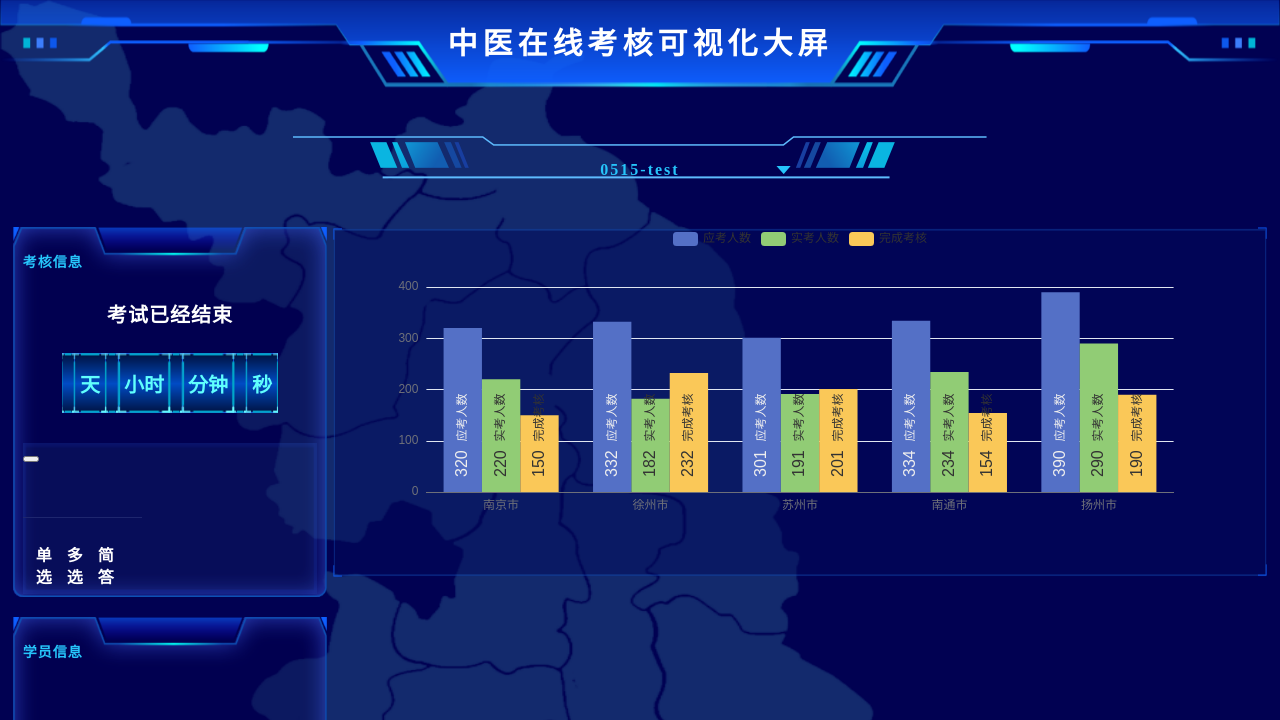
Repository: krislorem/medicine-online-datascreen-vue
Page: /
The author's editor kept a copy of each file at every save. The page is drawn from the files as they stood at one save, then again after the next save.
The browser window is 1280 px wide. The pictures show the whole page.
The project was rebuilt for these pictures with package versions that can differ from the ones it lists, and the page was loaded fresh each time. Also part of the build but not shown: vite.config.ts.

Above is the page before, as saved 2024-12-04 20:27:58.

After the next save:
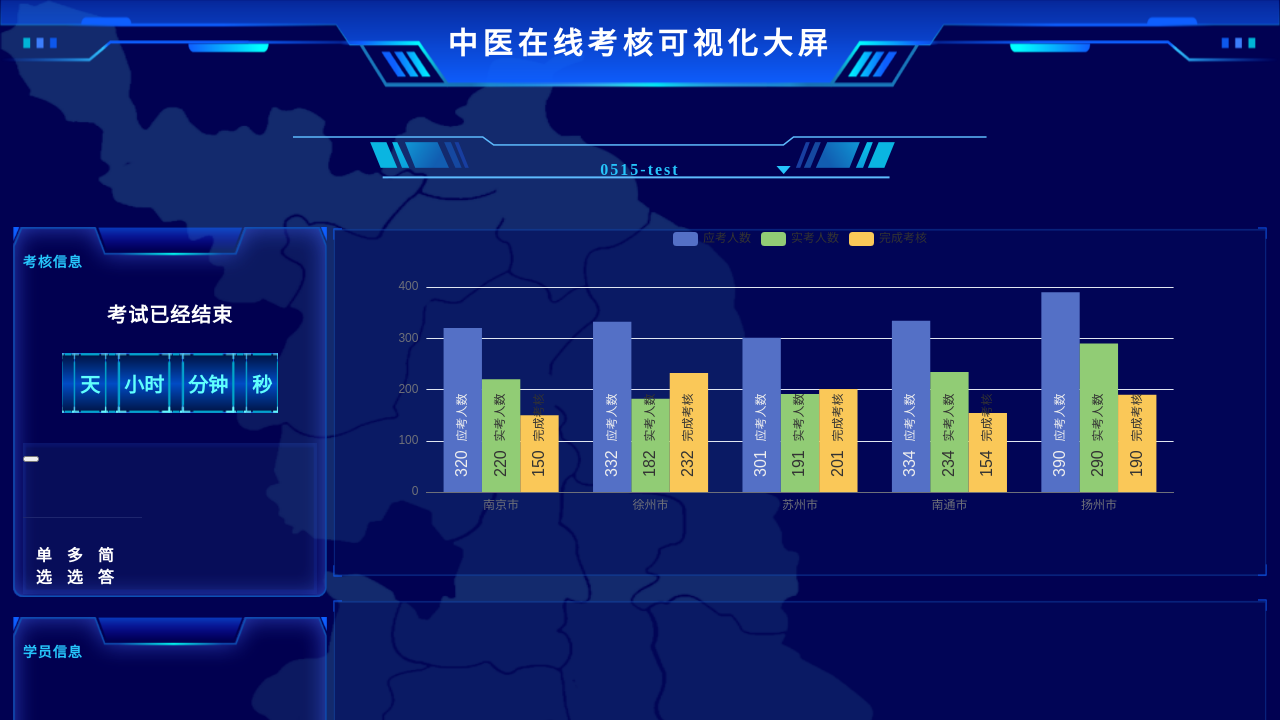
Saved 2 min 59 s later.
--- a/src/views/HomeView.vue
+++ b/src/views/HomeView.vue
@@ -103,6 +103,13 @@
         <div class="item mb-22">
           <div style="width: 100%;height: 335px;">
             <div id="msg1"
+              style="width: 100%; height: 335px; -webkit-tap-highlight-color: transparent; user-select: none; position: relative;">
+            </div>
+          </div>
+        </div>
+        <div class="item">
+          <div style="width: 100%; height: 335px;">
+            <div
               style="width: 100%; height: 335px; -webkit-tap-highlight-color: transparent; user-select: none; position: relative;">
             </div>
           </div>
